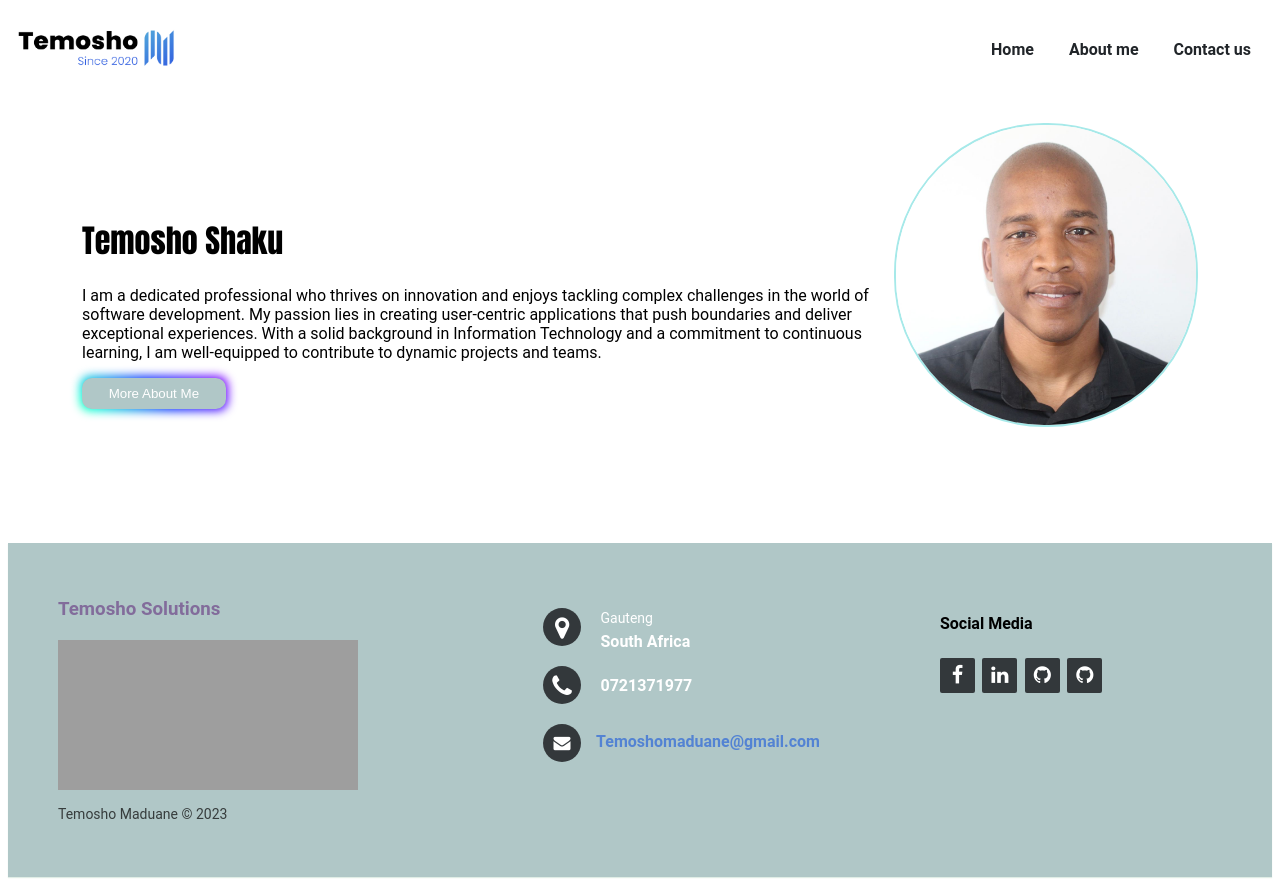
Repository: TemoshoS/T-Shaku
Page: index.html
These files come from the project's save history. The page is drawn as it stood at one moment and after a run of saves; the edit follows.
The browser window is 1280 px wide. The pictures show the whole page.
Pictures or frames that could not be fetched are drawn as grey boxes. Some web libraries are served in a nearby version.

Above is the page before, as saved 2023-09-28 14:56:22.

After the next 2 saves:
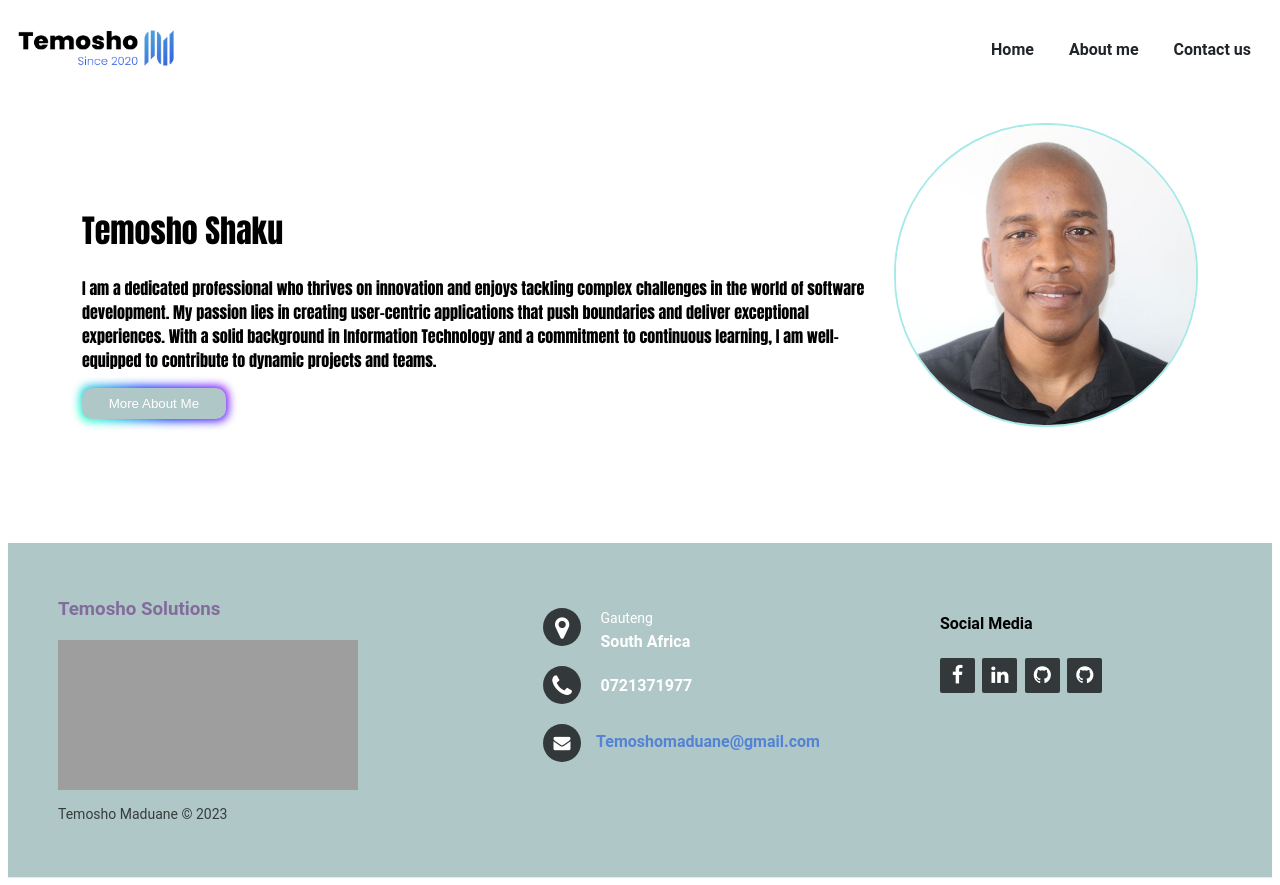
The 2 saves are shown as one change because they came seconds apart.
The last was saved 14 s later.
--- a/css/style.css
+++ b/css/style.css
@@ -48,7 +48,7 @@ font-family:Impact, Haettenschweiler, 'Arial Narrow Bold', sans-serif;
 }
 
 .description{
-
+font-family:Impact, Haettenschweiler, 'Arial Narrow Bold', sans-serif;
 }
 .img-profile {
     border-radius: 150px;
